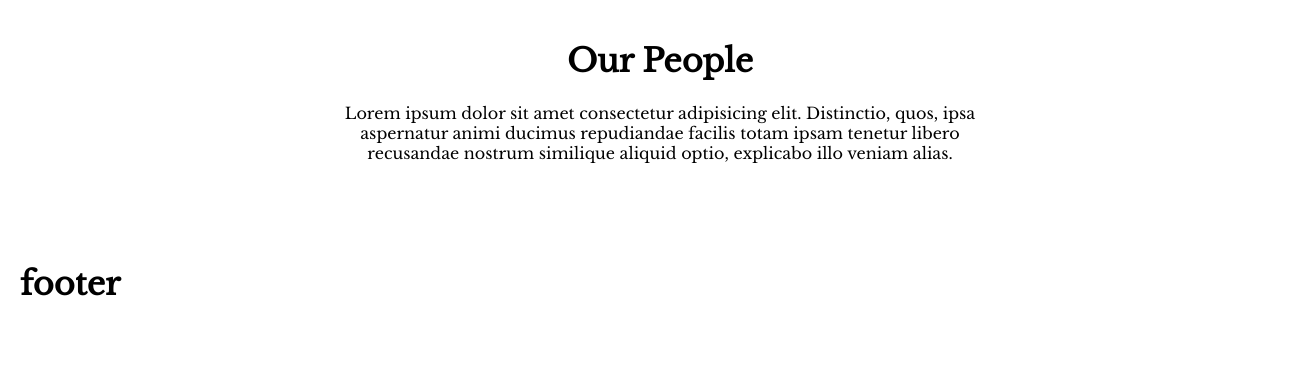
Repository: Tsardines/app
Page: / (app in my-app/)
These files come from the project's save history. The page is drawn as it stood at one moment and after the next save; the edit follows.
The browser window is 1280 px wide. The page is 1304 px wide, so the pictures cover 1304 px, including what lies to the right of the window. The pictures show the whole page.
The page's requests for data from a server got no answer. The project was rebuilt for these pictures with package versions that can differ from the ones it lists, and the page was loaded fresh each time. No one was signed in, and anything a server would have sent is missing.

Above is the page before, as saved 2018-11-14 18:26:37.

### my-app/public/index.html
<!DOCTYPE html>
<html lang="en">
  <head>
    <meta charset="utf-8">
    <meta name="viewport" content="width=device-width, initial-scale=1, shrink-to-fit=no">
    <meta name="theme-color" content="#000000">
    <!--
      manifest.json provides metadata used when your web app is added to the
      homescreen on Android. See https://developers.google.com/web/fundamentals/web-app-manifest/
    -->
    <link rel="manifest" href="%PUBLIC_URL%/manifest.json">
    <link href="https://fonts.googleapis.com/css?family=Libre+Baskerville" rel="stylesheet">
    <!--
      Notice the use of %PUBLIC_URL% in the tags above.
      It will be replaced with the URL of the `public` folder during the build.
      Only files inside the `public` folder can be referenced from the HTML.

      Unlike "/favicon.ico" or "favicon.ico", "%PUBLIC_URL%/favicon.ico" will
      work correctly both with client-side routing and a non-root public URL.
      Learn how to configure a non-root public URL by running `npm run build`.
    -->
    <title>React App</title>
  </head>
  <body>
    <noscript>
      You need to enable JavaScript to run this app.
    </noscript>
    <div id="root"></div>
    <!--
      This HTML file is a template.
      If you open it directly in the browser, you will see an empty page.

      You can add webfonts, meta tags, or analytics to this file.
      The build step will place the bundled scripts into the <body> tag.

      To begin the development, run `npm start` or `yarn start`.
      To create a production bundle, use `npm run build` or `yarn build`.
    -->
  </body>
</html>

### my-app/src/index.css
body {
  margin: 0;
  padding: 0;
  font-family: 'Libre Baskerville', serif;
  -webkit-font-smoothing: antialiased;
  -moz-osx-font-smoothing: grayscale;
}

code {
  font-family: source-code-pro, Menlo, Monaco, Consolas, "Courier New",
    monospace;
}

### my-app/src/App.js
import React, { Component } from 'react';

import Footer from './components/Footer.js';
import './App.css';

class App extends Component {
  constructor(props) {
    super(props);

    this.state = {
      items: []
    };
    this.componentWillMount = this.componentWillMount.bind(this);
  }

  componentWillMount() {
    fetch('https://api.myjson.com/bins/vz2rm')
    .then(res => res.json())
    .then(data => {
      this.setState({ items: data });
    });
  }


  render() {

    const { items } = this.state;

    return (
      <div className="App">

      <span className="our-people"><h1>Our People</h1></span>
      <span className="intro"><p>Lorem ipsum dolor sit amet consectetur adipisicing elit. Distinctio, quos, ipsa aspernatur animi ducimus repudiandae facilis totam ipsam tenetur libero recusandae nostrum similique aliquid optio, explicabo illo veniam alias.</p></span>

          { items.map((item, num) => {
              return (

                <div className="people">

                  <div className="elem">
                    <p key={num}>{item.elems}</p>
                  </div>

                    <p key={num}><strong>{item.name}</strong></p>
                    <p key={num}><small>{item.title}</small></p>

                  <div className="hidden">
                    <p key={num}>{item.email}</p>
                    <p key={num}><strong>Office: </strong>{item.office}</p>
                  </div>

                </div>

              );

            })}

            <Footer />

      </div>
    );
  }
}


export default App;

### my-app/src/components/Footer.js
import React from 'react';
// import './Footer.css';

const Footer = () => {
  return (
  <div className="footer">

  <h1>footer</h1>

  </div>
  );
}

export default Footer;

### my-app/src/App.css
.App {
  display: flex;
  flex-direction: column;
  flex-flow: row nowrap;
  flex-wrap: wrap;
  margin: 1em;
  padding: 0.25em;
  text-align: center;
  width: 100%;
}

.our-people {
  text-align: center;
  width: 100%;
}

.intro p {
  margin: auto;
  padding-bottom: 5em;
  width: 50%;
}

.people {
  background-color: #f8f8f8;
  border: 1px solid #f6f6f6;
  height: 22vh;
  margin: 0.5em;
  max-height: 22vh;
  max-width: 13vw;
  min-height: 22vh;
  min-width: 13vw;
  padding: 1.75em;
  text-align: left;
  width: 13vw;
}

.elem {
  font-size: 3.45em;
  margin-bottom: -1em;
  margin-top: -1em;
}

.elem:hover {
  color: #87f0f9;
  transition: 0.2s;
}

.hidden {
  font-size: 0.75em;
  opacity: 0.15;
}

.hidden:hover {
  opacity: 1;
  transition: 0.4s;
}

Loaded but not shown: my-app/src/index.js (common file); my-app/src/serviceWorker.js (common file)

After the next save:
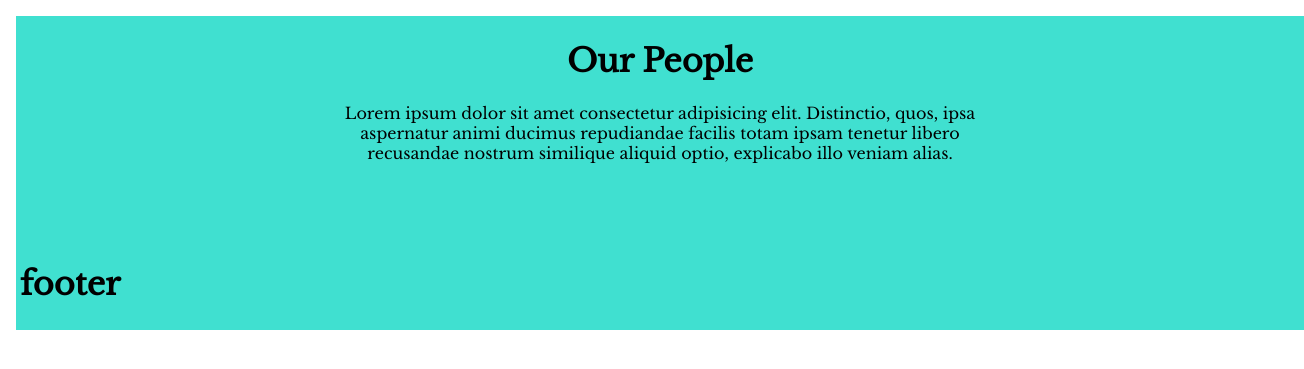
Saved 12 s later.
--- a/my-app/src/App.css
+++ b/my-app/src/App.css
@@ -1,4 +1,5 @@
 .App {
+  background-color: turquoise;
   display: flex;
   flex-direction: column;
   flex-flow: row nowrap;

After the 3 saves that followed:
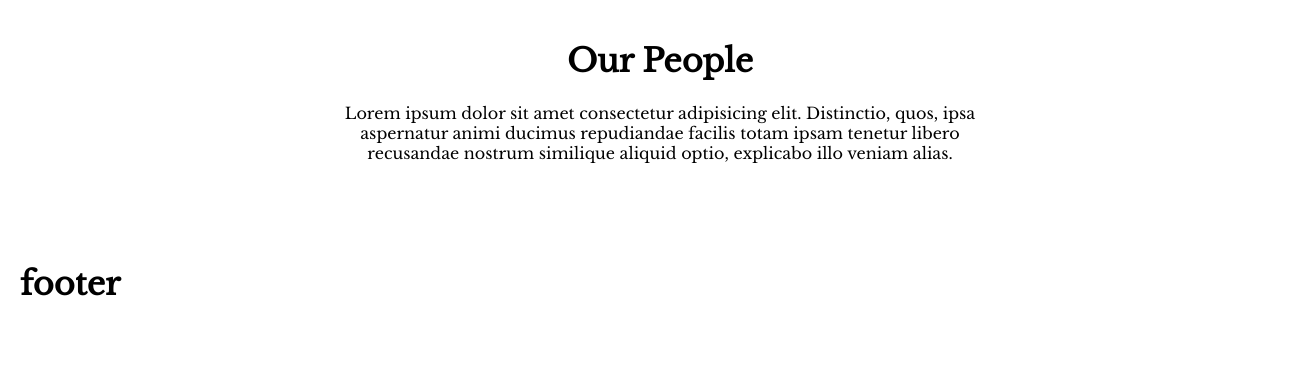
The 3 saves are shown as one change because 1 left the picture as it was and some came seconds apart.
The last was saved 2 min 59 s later.
--- a/my-app/src/App.css
+++ b/my-app/src/App.css
@@ -1,5 +1,4 @@
 .App {
-  background-color: turquoise;
   display: flex;
   flex-direction: column;
   flex-flow: row nowrap;
